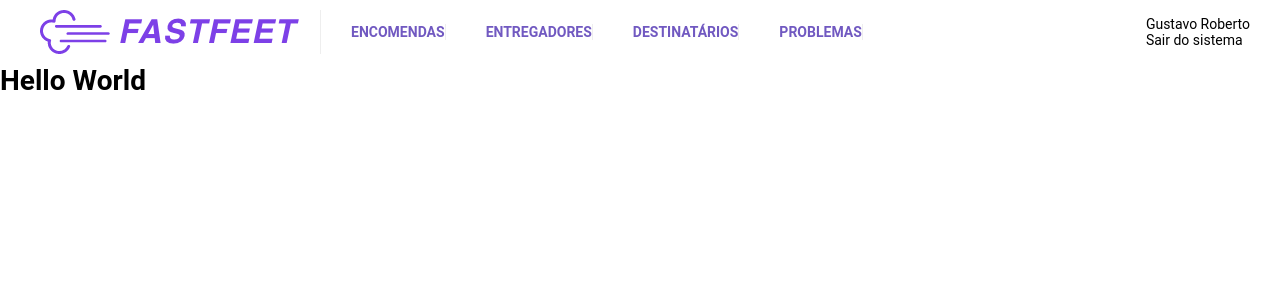
Repository: guuhx97/fastfeet
Page: / (app in frontend/)
These files come from the project's save history. The page is drawn as it stood at one moment and after the next save; the edit follows.
The browser window is 1280 px wide. The pictures show the whole page.
The project was rebuilt for these pictures with package versions that can differ from the ones it lists, and the page was loaded fresh each time.

Above is the page before, as saved 2020-06-26 15:12:33.

### frontend/src/App.js
import React from 'react';

import Header from './components/Header';
import GlobalStyles from './styles/global';

function App() {
  return (
    <>
      <Header />
      <GlobalStyles />
      <h1>Hello World</h1>
    </>
  );
}

export default App;

### frontend/src/components/Header/index.js
import React from 'react';
import { Link } from 'react-router-dom';

import { Container, Content, Profile, User, Logout } from './styles';
import logo from '../../assets/fastfeet-logo.png'
function Header() {
  return (
    <Container>
      <Content>
        <nav>
          <img src={logo} alt="FastFeet"/>
          <a href="/encomenda">ENCOMENDAS</a>
          <a href="/encomenda">ENTREGADORES</a>
          <a href="/encomenda">DESTINATÁRIOS</a>
          <a href="/encomenda">PROBLEMAS</a>
        </nav>
        <aside>
          <Profile>
            <User>Gustavo Roberto</User>
            <Logout>Sair do sistema</Logout>
          </Profile>
        </aside>
      </Content>
    </Container>
  );
}

export default Header;

### frontend/src/styles/global.js
import { createGlobalStyle } from 'styled-components';

export default createGlobalStyle`
  @import url('https://fonts.googleapis.com/css2?family=Roboto:wght@400;700&display=swap');
  * {
    margin: 0;
    padding: 0;
    outline: 0;
    box-sizing: border-box
  }

  *:focus {
    outline: 0
  }

  html, body, #root {
    height: 100%
  }

  body {
    -webkit-font-smoothing: antialiased;
  }

  body, input, button {
    font: 14px 'Roboto', sans-serif;
  }

  a {
    text-decoration: none;
  }

  ul {
    text-decoration: none;
  }

  button {
    cursor: pointer
  }
`;

### frontend/src/components/Header/styles.js
import styled from 'styled-components';

export const Container = styled.div`
  background: #fff;
  padding: 0 30px;
`;

export const Content = styled.div`
  height: 64px;
  width: 100%;
  margin: 0 auto;
  display: flex;
  justify-content: space-between;
  align-items: center;

  nav {
    display: flex;
    align-items: center;

    img {
    margin-right: 10px;
    margin-left: 10px;
    padding-right: 20px;
    border-right: 1px solid #eee;
    }

    a {
      font-weight: bold;
      color: #7159c1;
      margin: 20px;
      border-right: 1px solid #eee;
    }
  }

`;

export const Profile = styled.div`

`;

export const User = styled.div`

`;

export const Logout = styled.div`

`;

Loaded but not shown: frontend/public/index.html (common file); frontend/src/index.js (common file)

After the next save:
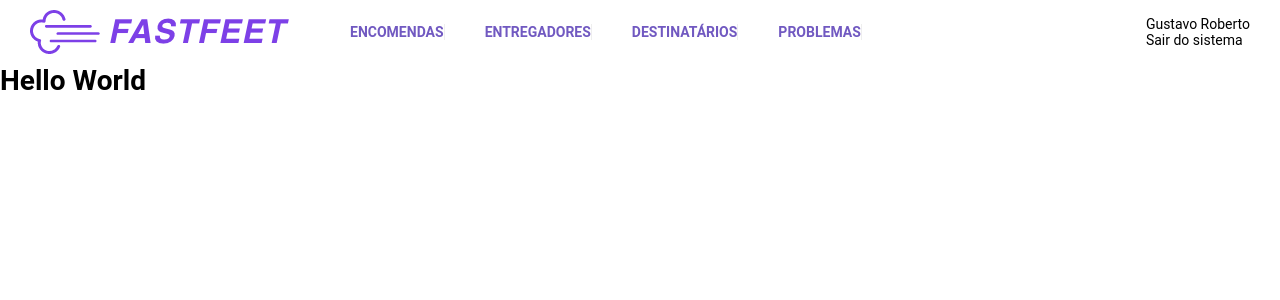
Saved 19 s later.
--- a/frontend/src/components/Header/styles.js
+++ b/frontend/src/components/Header/styles.js
@@ -18,10 +18,8 @@ export const Content = styled.div`
     align-items: center;
 
     img {
-    margin-right: 10px;
-    margin-left: 10px;
+    margin-right: 20px;
     padding-right: 20px;
-    border-right: 1px solid #eee;
     }
 
     a {
